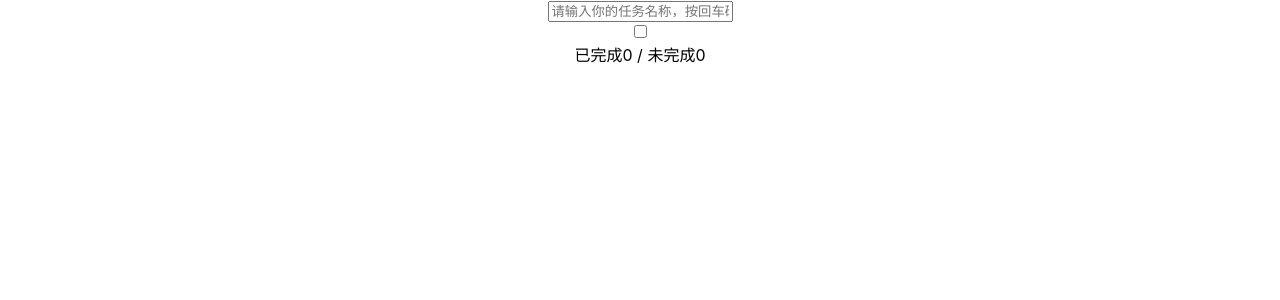
Repository: Gaays/React-todo-list
Page: /
These files come from the project's save history. The page is drawn as it stood at one moment and after the next save; the edit follows.
The browser window is 1280 px wide. The pictures show the whole page.
The project was rebuilt for these pictures with package versions that can differ from the ones it lists, and the page was loaded fresh each time. Also part of the build but not shown: src/components/TodoItem/index.css, src/components/TodoItem/index.jsx.

Above is the page before, as saved 2022-10-17 20:45:36.

After the next save:
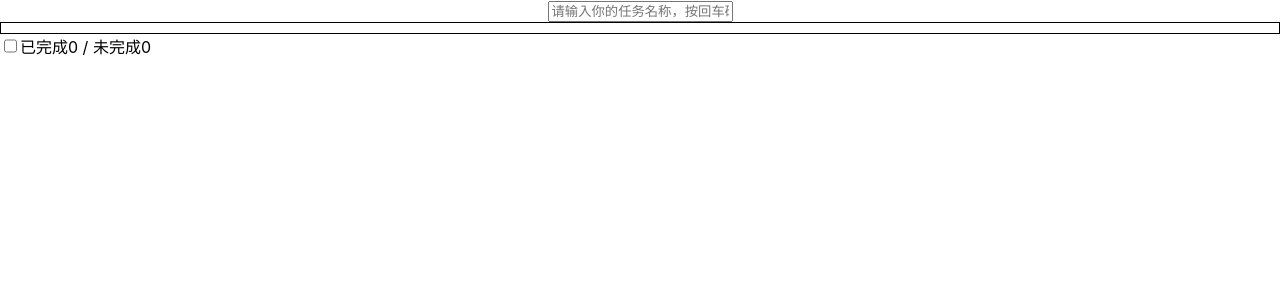
Saved 6 s later.
--- a/src/components/Todo/index.jsx
+++ b/src/components/Todo/index.jsx
@@ -80,7 +80,7 @@ export default class Todo extends Component {
       return <TodoItem data={item} key={item.id} changeState={this.changeState} />
     })
     return (
-      <div>
+      <div className="todo-box">
         <TodoInput submit={this.addListItem} />
         <div className="todo-list">{todoList}</div>
         <div className="state-box">
